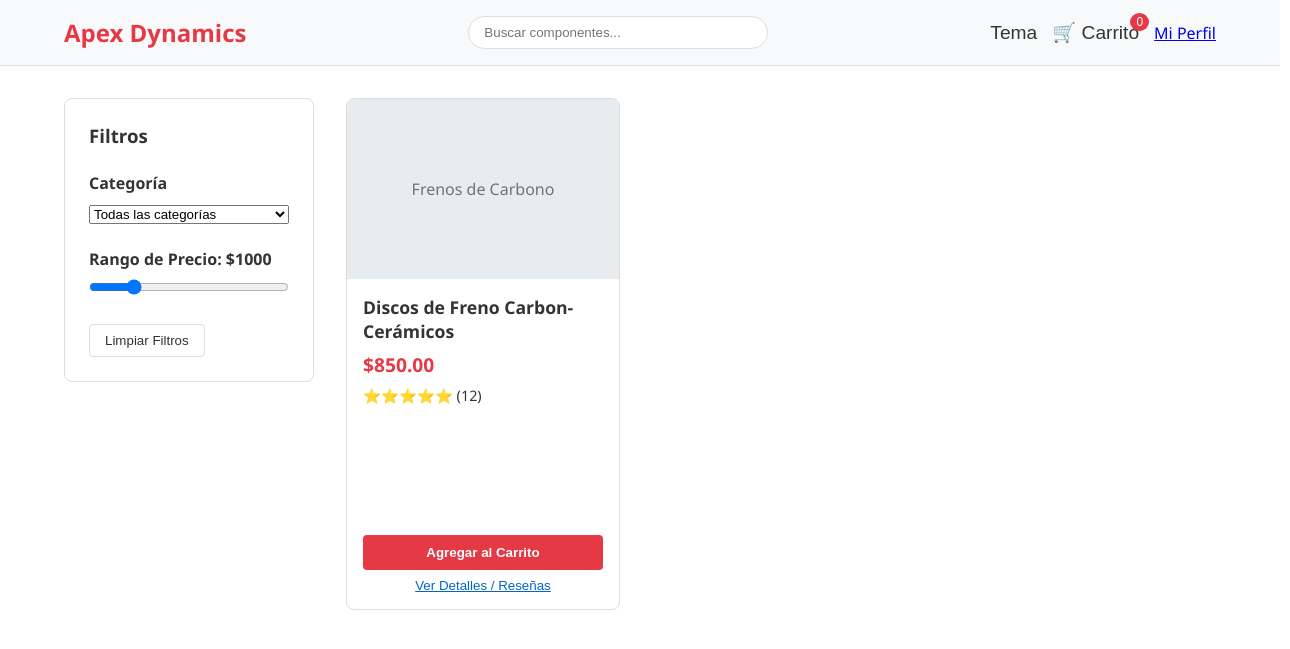
Repository: Niwrad774/Apex-Dynamics-Ecomerce
Page: html/cliente.html
These files come from the project's save history. The page is drawn as it stood at one moment and after the next save; the edit follows.
The browser window is 1280 px wide. The page is 1280 px wide, then 1290 px, so the pictures cover 1290 px, including what lies to the right of the window. The pictures show the whole page.

Above is the page before, as saved 2026-06-11 09:10:00.

### html/cliente.html
<!DOCTYPE html>
<html lang="es">
<head>
    <meta charset="UTF-8">
    <meta name="viewport" content="width=device-width, initial-scale=1.0">
    <title>Catálogo | Apex Dynamics</title>
    <link rel="stylesheet" href="/assets/css/cliente.css">
</head>
<body>
    <header class="navbar">
        <div class="logo"><a href="index.html" style="color: inherit; text-decoration: none;">Apex Dynamics</a></div>
        <div class="search-bar">
            <input type="text" id="search-input" placeholder="Buscar componentes...">
        </div>
        <nav class="nav-actions">
            <button id="theme-toggle" class="btn-icon">Tema</button>
            <button id="cart-toggle" class="btn-icon">🛒 <span id="cart-count">0</span>Carrito</button>
            <a href="#perfil" class="profile-link">Mi Perfil</a>
        </nav>
    </header>

    <main class="catalog-layout">
        <aside class="filters-sidebar">
            <h3>Filtros</h3>
            <div class="filter-group">
                <label for="category-select">Categoría</label>
                <select id="category-select">
                    <option value="all">Todas las categorías</option>
                    <option value="suspension">Suspensión y Dirección</option>
                    <option value="frenos">Frenos</option>
                    <option value="motor">Motor y Rendimiento</option>
                    <option value="telemetria">Electrónica y Telemetría</option>
                </select>
            </div>
            <div class="filter-group">
                <label for="price-range">Rango de Precio: $<span id="price-value">1000</span></label>
                <input type="range" id="price-range" min="0" max="5000" step="50" value="1000">
            </div>
            <button id="clear-filters" class="btn-secondary">Limpiar Filtros</button>
        </aside>

        <section class="products-container" id="products-grid">
            <article class="product-card" data-category="frenos" data-price="850">
                <div class="product-img">Frenos de Carbono</div>
                <div class="product-info">
                    <h4>Discos de Freno Carbon-Cerámicos</h4>
                    <p class="price">$850.00</p>
                    <div class="rating">⭐⭐⭐⭐⭐ (12)</div>
                    <button class="btn-primary add-to-cart">Agregar al Carrito</button>
                    <button class="btn-text view-details">Ver Detalles / Reseñas</button>
                </div>
            </article>
        </section>
    </main>

    <aside class="cart-panel" id="cart-panel">
        <div class="cart-header">
            <h2>Tu Paddock (Carrito)</h2>
            <button id="close-cart" class="btn-icon">✖</button>
        </div>
        <div class="cart-items" id="cart-items">
            </div>
        <div class="cart-summary">
            <div class="summary-row">
                <span>Subtotal:</span>
                <span id="cart-subtotal">$0.00</span>
            </div>
            <div class="summary-row total">
                <span>Total:</span>
                <span id="cart-total">$0.00</span>
            </div>
            <button id="btn-checkout" class="btn-primary btn-block">Proceder al Pago</button>
        </div>
    </aside>

    <div class="modal-overlay" id="checkout-modal">
        <div class="modal-content">
            <span class="close-modal" id="close-checkout">&times;</span>
            <h2>Completar Orden</h2>
            <form id="checkout-form">
                <div class="form-group">
                    <label>Nombre en la Tarjeta</label>
                    <input type="text" required placeholder="Piloto Principal">
                </div>
                <div class="form-group">
                    <label>Número de Tarjeta</label>
                    <input type="text" required pattern="\d{16}" placeholder="0000 0000 0000 0000">
                </div>
                <div class="form-row">
                    <div class="form-group">
                        <label>Vencimiento</label>
                        <input type="text" required placeholder="MM/YY">
                    </div>
                    <div class="form-group">
                        <label>CVV</label>
                        <input type="text" required pattern="\d{3,4}" placeholder="123">
                    </div>
                </div>
                <button type="submit" class="btn-primary btn-block">Confirmar Pago</button>
            </form>
        </div>
    </div>

    <div class="modal-overlay" id="product-modal">
        <div class="modal-content product-modal-content">
            <span class="close-modal" id="close-product">&times;</span>
            <div class="product-details-layout">
                <div class="product-details-info">
                    <h2 id="modal-product-title">Título del Producto</h2>
                    <p id="modal-product-desc">Descripción detallada del componente...</p>
                    <p class="price" id="modal-product-price">$0.00</p>
                </div>
                <div class="product-reviews-section">
                    <h3>Reseñas</h3>
                    <div id="reviews-list" class="reviews-list">
                        </div>
                    <form id="review-form" class="review-form">
                        <h4>Deja tu opinión</h4>
                        <div class="star-rating">
                            <label><input type="radio" name="rating" value="1"> 1⭐</label>
                            <label><input type="radio" name="rating" value="2"> 2⭐</label>
                            <label><input type="radio" name="rating" value="3"> 3⭐</label>
                            <label><input type="radio" name="rating" value="4"> 4⭐</label>
                            <label><input type="radio" name="rating" value="5" checked> 5⭐</label>
                        </div>
                        <textarea rows="3" placeholder="¿Qué tal funciona este componente en la pista?" required></textarea>
                        <button type="submit" class="btn-secondary">Enviar Reseña</button>
                    </form>
                </div>
            </div>
        </div>
    </div>
</body>
</html>

### assets/css/cliente.css
:root {
    --bg-color: #ffffff;
    --text-color: #333333;
    --primary-color: #e63946;
    --primary-hover: #d62828;
    --secondary-bg: #f8f9fa;
    --card-bg: #ffffff;
    --border-color: #dddddd;
    --font-main: 'Segoe UI', Tahoma, Geneva, Verdana, sans-serif;
    --overlay-bg: rgba(0, 0, 0, 0.6);
}

* { margin: 0; padding: 0; box-sizing: border-box; }

body {
    font-family: var(--font-main);
    background-color: var(--bg-color);
    color: var(--text-color);
    overflow-x: hidden;
}

.btn-primary {
    background-color: var(--primary-color);
    color: #fff;
    border: none;
    padding: 10px 15px;
    border-radius: 4px;
    cursor: pointer;
    font-weight: bold;
    transition: 0.3s;
}
.btn-primary:hover { background-color: var(--primary-hover); }

.btn-secondary {
    background-color: transparent;
    color: var(--text-color);
    border: 1px solid var(--border-color);
    padding: 8px 15px;
    border-radius: 4px;
    cursor: pointer;
    transition: 0.3s;
}
.btn-secondary:hover { background-color: var(--secondary-bg); }

.btn-icon {
    background: none;
    border: none;
    font-size: 1.2rem;
    cursor: pointer;
    color: inherit;
    position: relative;
}
.btn-block { width: 100%; }

.navbar {
    display: flex;
    justify-content: space-between;
    align-items: center;
    padding: 1rem 5%;
    background-color: var(--secondary-bg);
    border-bottom: 1px solid var(--border-color);
    position: sticky;
    top: 0;
    z-index: 100;
}
.navbar .logo { font-size: 1.5rem; font-weight: bold; color: var(--primary-color); }
.search-bar input {
    padding: 8px 15px;
    border-radius: 20px;
    border: 1px solid var(--border-color);
    width: 300px;
}
.nav-actions { display: flex; gap: 15px; align-items: center; }
#cart-count {
    position: absolute;
    top: -8px; right: -10px;
    background: var(--primary-color);
    color: white;
    font-size: 0.75rem;
    padding: 2px 6px;
    border-radius: 50%;
}

/* --- Layout del Catálogo --- */
.catalog-layout {
    display: flex;
    gap: 2rem;
    padding: 2rem 5%;
    min-height: 80vh;
}

/* Sidebar Filtros */
.filters-sidebar {
    width: 250px;
    background: var(--card-bg);
    padding: 1.5rem;
    border-radius: 8px;
    border: 1px solid var(--border-color);
    height: fit-content;
}
.filters-sidebar h3 { margin-bottom: 1.5rem; }
.filter-group { margin-bottom: 1.5rem; }
.filter-group label { display: block; margin-bottom: 0.5rem; font-weight: bold; }
.filter-group select, .filter-group input[type="range"] { width: 100%; }

/* Grid Productos */
.products-container {
    flex: 1;
    display: grid;
    grid-template-columns: repeat(auto-fill, minmax(250px, 1fr));
    gap: 1.5rem;
}
.product-card {
    background: var(--card-bg);
    border: 1px solid var(--border-color);
    border-radius: 8px;
    overflow: hidden;
    display: flex;
    flex-direction: column;
}
.product-img {
    height: 180px;
    background: #e9ecef;
    display: flex;
    align-items: center;
    justify-content: center;
    color: #6c757d;
}
.product-info { padding: 1rem; display: flex; flex-direction: column; flex: 1; }
.product-info h4 { margin-bottom: 0.5rem; font-size: 1.1rem; }
.product-info .price { color: var(--primary-color); font-weight: bold; font-size: 1.2rem; margin-bottom: 0.5rem; }
.product-info .rating { margin-bottom: 1rem; font-size: 0.9rem; }
.product-info .add-to-cart { margin-top: auto; margin-bottom: 0.5rem; }
.product-info .btn-text { background: none; border: none; color: #0066cc; cursor: pointer; text-decoration: underline; }

/* --- Panel del Carrito --- */
.cart-panel {
    position: fixed;
    top: 0; right: -400px;
    width: 350px;
    height: 100vh;
    background: var(--card-bg);
    box-shadow: -2px 0 10px rgba(0,0,0,0.1);
    z-index: 1000;
    transition: right 0.3s ease;
    display: flex;
    flex-direction: column;
}
.cart-panel.open { right: 0; }
.cart-header {
    padding: 1.5rem;
    border-bottom: 1px solid var(--border-color);
    display: flex;
    justify-content: space-between;
    align-items: center;
}
.cart-items { flex: 1; overflow-y: auto; padding: 1.5rem; }
.cart-summary {
    padding: 1.5rem;
    border-top: 1px solid var(--border-color);
    background: var(--secondary-bg);
}
.summary-row { display: flex; justify-content: space-between; margin-bottom: 0.5rem; }
.summary-row.total { font-size: 1.2rem; font-weight: bold; margin-bottom: 1rem; }

/* --- Modales (Checkout y Producto) --- */
.modal-overlay {
    position: fixed;
    top: 0; left: 0; width: 100%; height: 100%;
    background: var(--overlay-bg);
    display: none;
    align-items: center;
    justify-content: center;
    z-index: 1100;
}
.modal-content {
    background: var(--bg-color);
    padding: 2rem;
    border-radius: 8px;
    width: 90%;
    max-width: 400px;
    position: relative;
}
.product-modal-content { max-width: 800px; }
.close-modal {
    position: absolute;
    top: 15px; right: 20px;
    font-size: 1.5rem;
    cursor: pointer;
}
.form-group { margin-bottom: 1rem; }
.form-group label { display: block; margin-bottom: 0.3rem; font-size: 0.9rem; }
.form-group input {
    width: 100%; padding: 10px;
    border: 1px solid var(--border-color); border-radius: 4px;
}
.form-row { display: flex; gap: 10px; }

/* Layout Detalle de Producto */
.product-details-layout {
    display: grid;
    grid-template-columns: 1fr 1fr;
    gap: 2rem;
    margin-top: 1rem;
}
.review-form {
    margin-top: 1.5rem;
    background: var(--secondary-bg);
    padding: 1rem;
    border-radius: 8px;
}
.star-rating { margin-bottom: 1rem; display: flex; gap: 10px; }
.review-form textarea {
    width: 100%; padding: 10px;
    border: 1px solid var(--border-color);
    border-radius: 4px; margin-bottom: 1rem; resize: vertical;
}

/* --- Responsive --- */
@media (max-width: 768px) {
    .catalog-layout { flex-direction: column; }
    .filters-sidebar { width: 100%; }
    .product-details-layout { grid-template-columns: 1fr; }
}

After the next save:
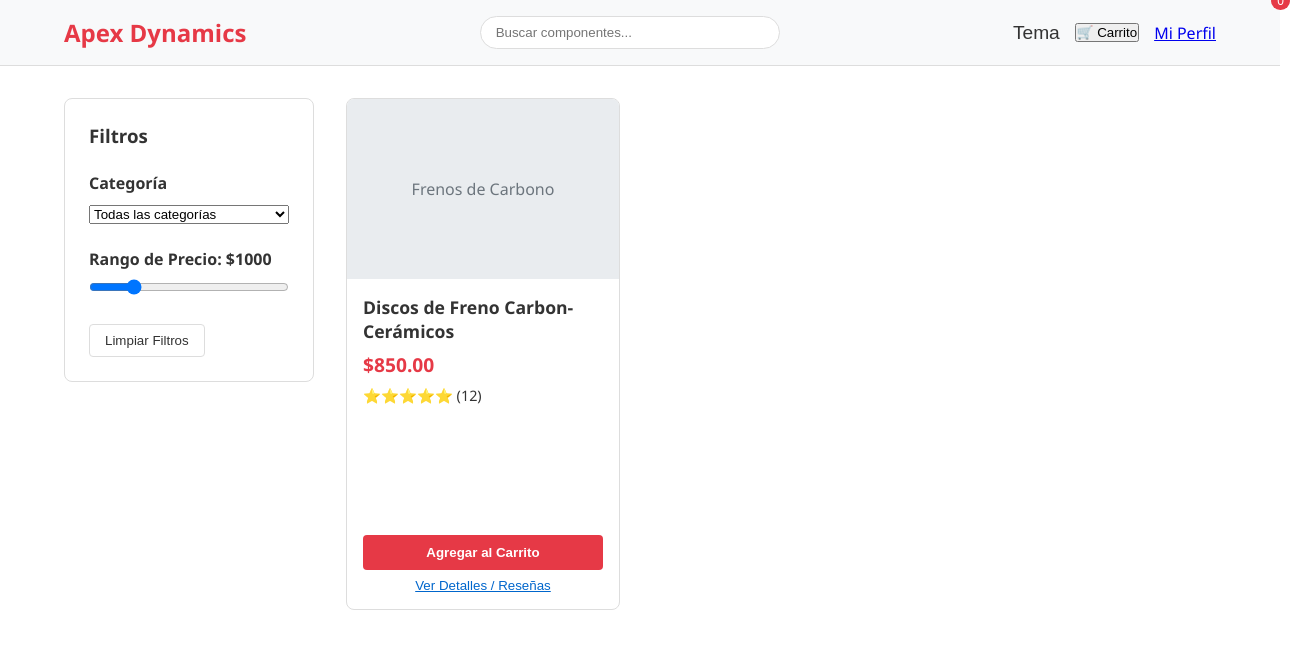
Saved 23 s later.
--- a/html/cliente.html
+++ b/html/cliente.html
@@ -14,7 +14,7 @@
         </div>
         <nav class="nav-actions">
             <button id="theme-toggle" class="btn-icon">Tema</button>
-            <button id="cart-toggle" class="btn-icon">🛒 <span id="cart-count">0</span>Carrito</button>
+            <button>🛒 <span id="cart-count">0</span>Carrito</button>
             <a href="#perfil" class="profile-link">Mi Perfil</a>
         </nav>
     </header>
